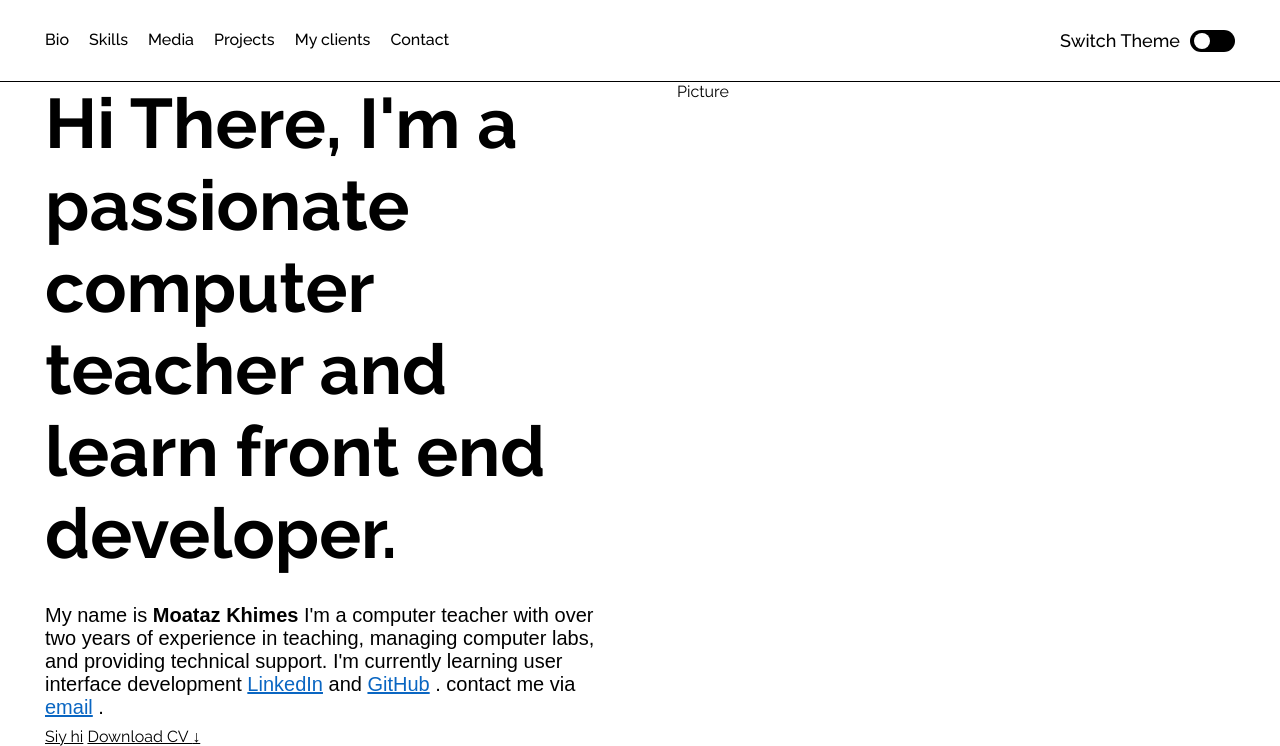
Repository: moataz305G/Personal-website
Page: index.html
The author's editor kept a copy of each file at every save. The page is drawn from the files as they stood at one save, then again after the next save.
The browser window is 1280 px wide. The pictures show the whole page.

Above is the page before, as saved 2025-12-12 21:50:53.

### index.html
<!DOCTYPE html>
<html lang="en">
  <head>
    <meta charset="UTF-8" />

    <meta name="viewport" content="width=device-width, initial-scale=1.0" />
    <link rel="preconnect" href="https://fonts.googleapis.com" />
    <link rel="preconnect" href="https://fonts.gstatic.com" crossorigin />
    <link
      href="https://fonts.googleapis.com/css2?family=Raleway:ital,wght@0,100..900;1,100..900&display=swap"
      rel="stylesheet"
    />

    <link rel="stylesheet" href="Style.css" />
    <title class="title">Moataz khimes</title>
  </head>
  <body>
    <div class="container">
      <header class="header">
        <nav class="navigation">
          <ul class="navigation__list">
            <li><a href="#" class="navigation__link">Bio</a></li>
            <li><a href="#" class="navigation__link">Skills</a></li>
            <li><a href="#" class="navigation__link">Media</a></li>
            <li><a href="#" class="navigation__link">Projects</a></li>
            <li><a href="#" class="navigation__link">My clients</a></li>
            <li><a href="#" class="navigation__link">Contact</a></li>
          </ul>
        </nav>

        <div class="toggle">
          <h3 class="toggle__title">Switch Theme</h3>
          <input
            type="checkbox"
            name="toggle checkbox"
            id="toggle"
            class="toggle__checkbox"
          />
          <label for="toggle" class="toggle__label"></label>
        </div>
      </header>

      <section id="bio" class="bio section">
        <div class="bio__content">
          <h1 class="bio__heading">
            Hi There, I'm a passionate computer teacher and learn front end
            developer.
          </h1>
          <p class="bio__objeactive">
            My name is <span class="bio__name">Moataz Khimes</span>
            I'm a computer teacher with over two years of experience in
            teaching, managing computer labs, and providing technical support.
            I'm currently learning user interface development
            <a
              href="https://www.linkedin.com/in/moataz-khimes-53586223b/"
              class="bio__linkedin"
              >LinkedIn</a
            >
            and
            <a href="https://github.com/moataz305G" class="bio__github"
              >GitHub</a
            >
            . contact me via
            <a href="mutazkhmes@gmail.com" class="bio__email">email</a>
            .
          </p>
          <a href="#" class="bio__links siy-hi-link">Siy hi</a>
          <a href="#" class="bio__links find-out-link"
            >Download CV <span class="bio__arrow">↓</span></a
          >
        </div>
        <div class="bio__pic-content">Picture</div>
      </section>
    </div>
  </body>
</html>

### Style.css
:root {
  --container-width: 119rem;
  --guter: 6rem;

  --color-black: #000;
  --color-white: #fff;
  --color-blue: #2374e1;
  --color-lite-blue: #1d9bf0;
  --color-dark-blue: #0a66c2;
  --color-darker-blue: #143ce8;
  --color-red: #ff0000;
  --color-green: #03a696;
  --color-gray: #f6f6f6;
  --color-dark-green: #42959b;

  --color-background: var(--color-white);
  --color-text: var(--color-black);
  --color-box-img: var(--color-black);
  --color-link-bg: var(--color-black);
  --color-input-border: var(--color-black);

  --font-family-raleway: "Raleway", sans-serif;
  --font-family-poppins: "Poppins", sans-serif;

  --font-weight-regular: 400;
  --font-weight-medium: 500;
  --font-weight-semi-bold: 600;
  --font-weight-bold: 700;

  --font-size-70: 7rem;
  --font-size-65: 6.5rem;
  --font-size-40: 4rem;
  --font-size-38: 3.8rem;
  --font-size-24: 2.4rem;
  --font-size-22: 2.2rem;
  --font-size-20: 2rem;
  --font-size-18: 1.8rem;
  --font-size-15: 1.5rem;

  --transition-timing: 0.3s;
}
/* CSS Reset */
* {
  margin: 0;
  padding: 0;
}

*,
*::after,
*::before {
  box-sizing: border-box;
}

a {
  color: inherit;
  display: inline-block;
}

button {
  background-color: transparent;
  border: none;
  cursor: pointer;
}

ul,
ol {
  list-style: none;
}
/* END CSS Reset */
html {
  font-size: 62.5%;
  scroll-behavior: smooth;
  scroll-padding-top: 11rem;
}

body {
  font-size: 1.6rem;
  font-family: var(--font-family-raleway);
  background-color: var(--color-background);
  color: var(--color-text);
}

.container {
  max-width: var(--container-width);
  margin: 0 auto;
}
header {
  position: relative;
  padding: 3rem 0;
  display: flex;
  justify-content: center;
  z-index: 0;
}
.header::before {
  content: "";
  position: absolute;
  height: 100%;
  width: 100vw;
  border-bottom: 0.1rem solid var(--color-black);
  top: 0;
  z-index: -1;
}

.navigation__list {
  display: flex;
  gap: 2rem;
}
.navigation__link:link,
.navigation__link:visited {
  text-decoration: none;
  font-weight: var(--font-weight-medium);
}
.navigation__link:hover,
.navigation__link:active {
  text-decoration: underline;
  color: var(--color-text);
}

/* Toggle */
.toggle {
  display: flex;
  gap: 1rem;
  margin-left: auto;
}
.toggle__title {
  font-weight: var(--font-weight-medium);
  font-size: var(--font-size-18);
}

.toggle__checkbox {
  display: none;
}

.toggle__label {
  display: block;
  position: relative;
  background-color: var(--color-black);
  border-radius: 1.5rem;
  width: 4.5rem;
  height: 2.2rem;
  cursor: pointer;
  padding: 0.3rem 0.4rem;
  transition: 0.3s;
}

.toggle__label::after {
  content: "";
  display: block;
  width: 1.6rem;
  height: 1.6rem;
  border-radius: 50%;
  background-color: var(--color-white);
  transition: 0.3s;
}

.toggle__checkbox:checked + .toggle__label {
  background-color: var(--color-white);
}
.toggle__checkbox:checked + .toggle__label::after {
  transform: translateX(2.1rem);
  background-color: var(--color-green);
}

/* End Toggle */

.section {
  display: grid;
  grid-template-columns: repeat(2, auto);
  align-items: start;
}

/* Bio */
.bio {
  grid-gap: 7.4rem;
  grid-template-columns: repeat(2, 1fr);
}

.bio__heading {
  font-size: var(--font-size-70);
  font-weight: var(--font-weight-bold);
}

.bio__objeactive {
  font-family: var(--font-family-poppins);
  font-weight: var(--font-weight-regular);
  font-size: var(--font-size-20);
  margin: 3rem 0 0.8rem;
}

.bio__name {
  font-weight: var(--font-weight-semi-bold);
}
.bio__linkedin,
.bio__github,
.bio__email {
  color: var(--color-dark-blue);
}

.bip__links {
  font-size: 2.4rem;
  font-weight: var(--font-weight-semi-bold);
  text-decoration: none;
}

After the next save:
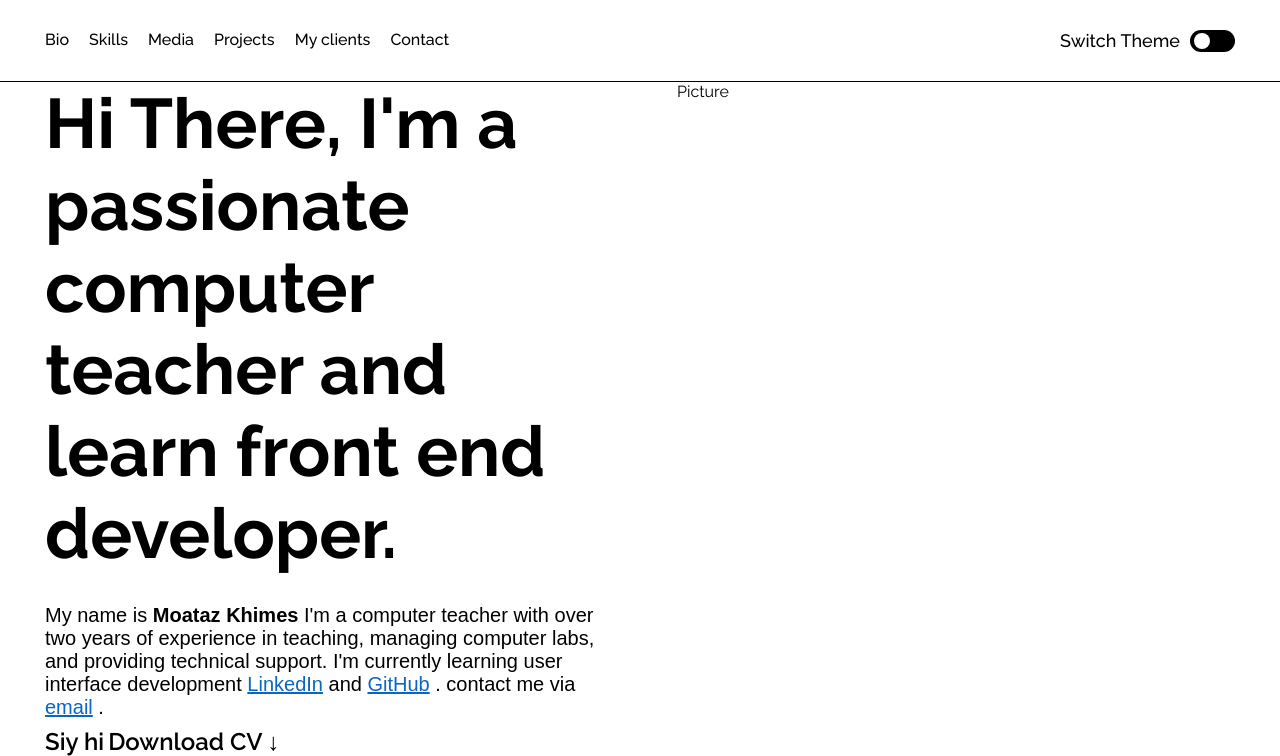
Saved 23 s later.
--- a/Style.css
+++ b/Style.css
@@ -196,7 +196,7 @@ header {
   color: var(--color-dark-blue);
 }
 
-.bip__links {
+.bio__links {
   font-size: 2.4rem;
   font-weight: var(--font-weight-semi-bold);
   text-decoration: none;
